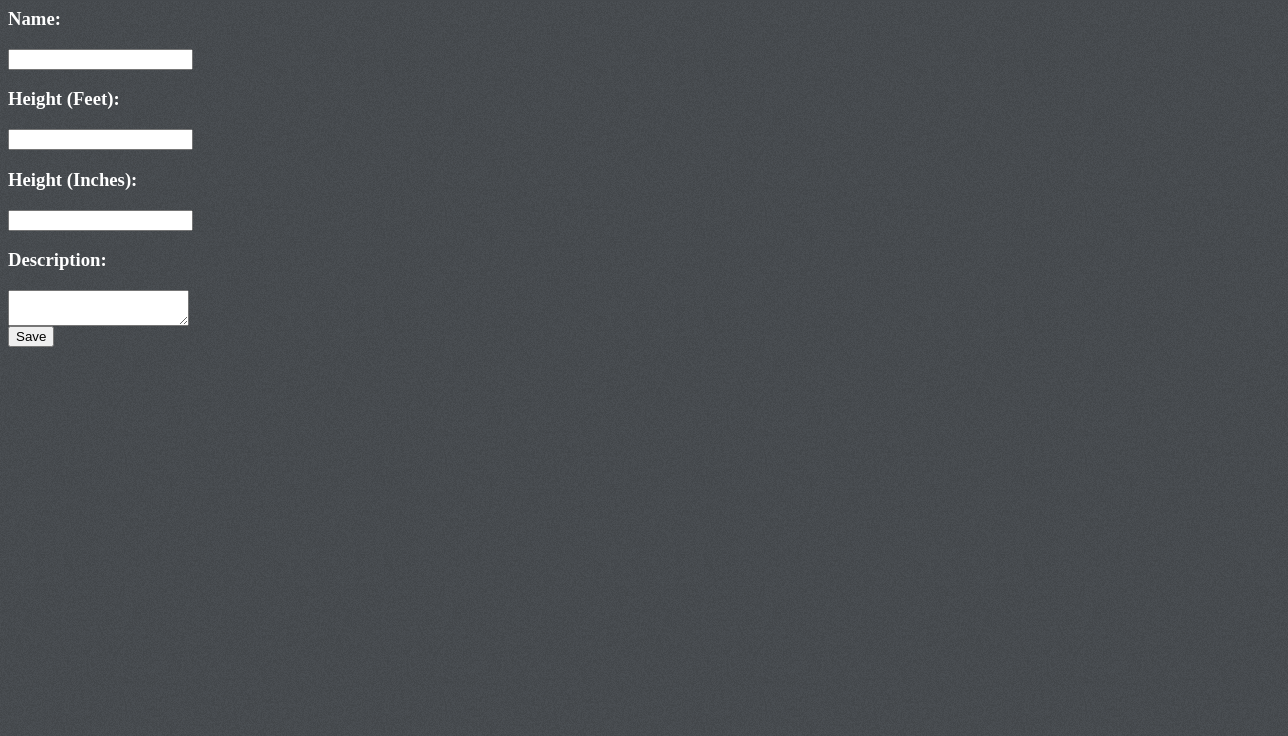
Repository: appcelerator-forks/appcelerator-training.tcmd_certification
Page: workspace/BountyHunter/Resources/html/addForm.html
These files come from the project's save history. The page is drawn as it stood at one moment and after the next save; the edit follows.
The browser window is 1280 px wide. The page is 1288 px wide, so the pictures cover 1288 px, including what lies to the right of the window. The pictures show the whole page.

Above is the page before, as saved 2011-07-21 09:37:17.

After the next save:
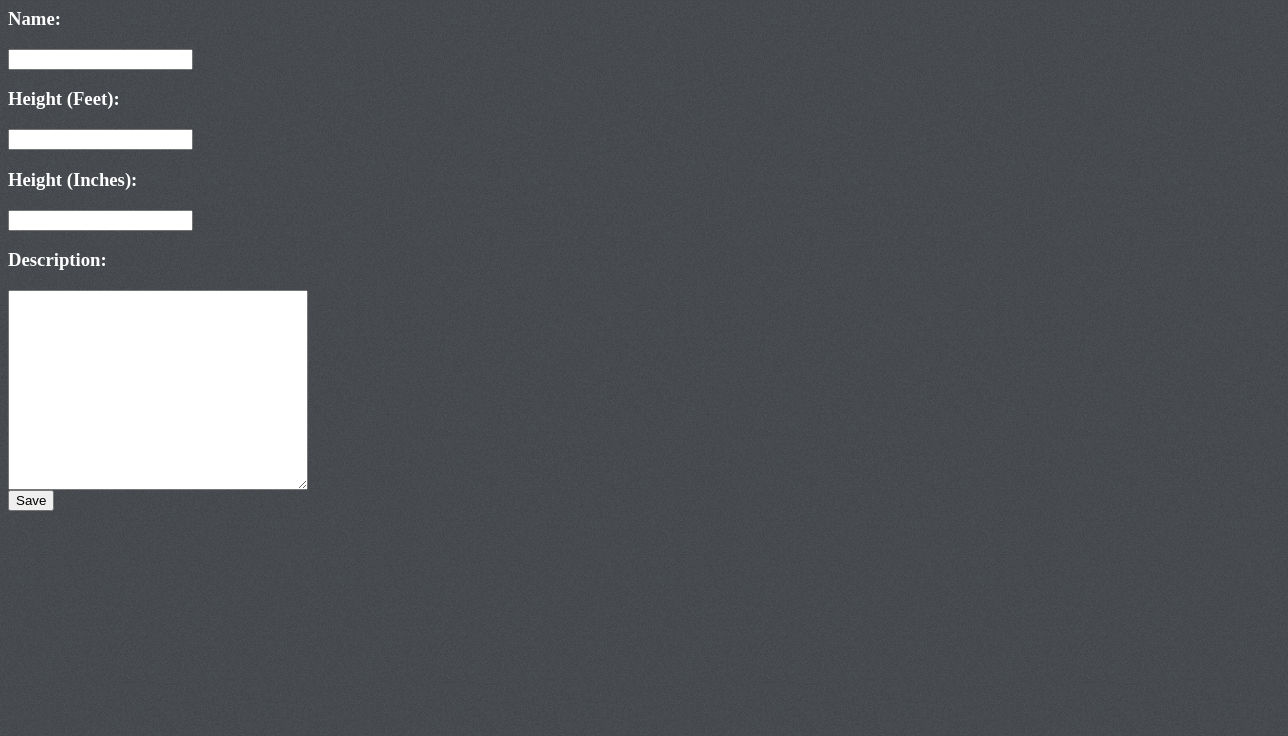
Saved 2 min 14 s later.
--- a/workspace/BountyHunter/Resources/html/addForm.html
+++ b/workspace/BountyHunter/Resources/html/addForm.html
@@ -30,7 +30,7 @@
 		</div>
 		<h3>Description:</h3>
 		<div>
-			<textarea id="description"></textarea>
+			<textarea id="description" style="width:300px;height:200px;"></textarea>
 		</div>
 		<div>
 			<input type="submit" value="Save" onclick="send();"/>
